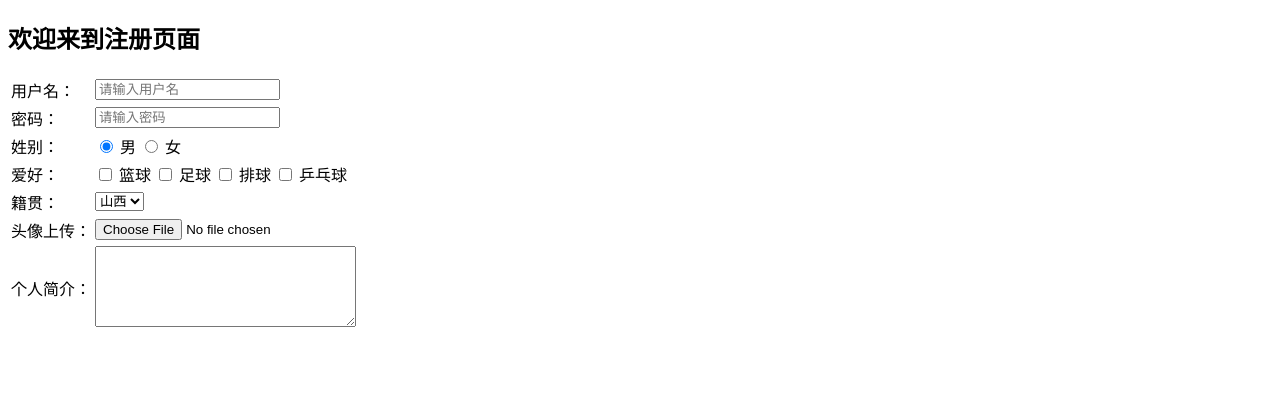
Repository: WKYQAQ/LX
Page: day02_form.html
An editor plug-in stored every save of this project. The page is shown before and after the next save, followed by the edit.
The browser window is 1280 px wide. The pictures show the whole page.

Above is the page before, as saved 2020-07-22 12:05:39.

After the next save:
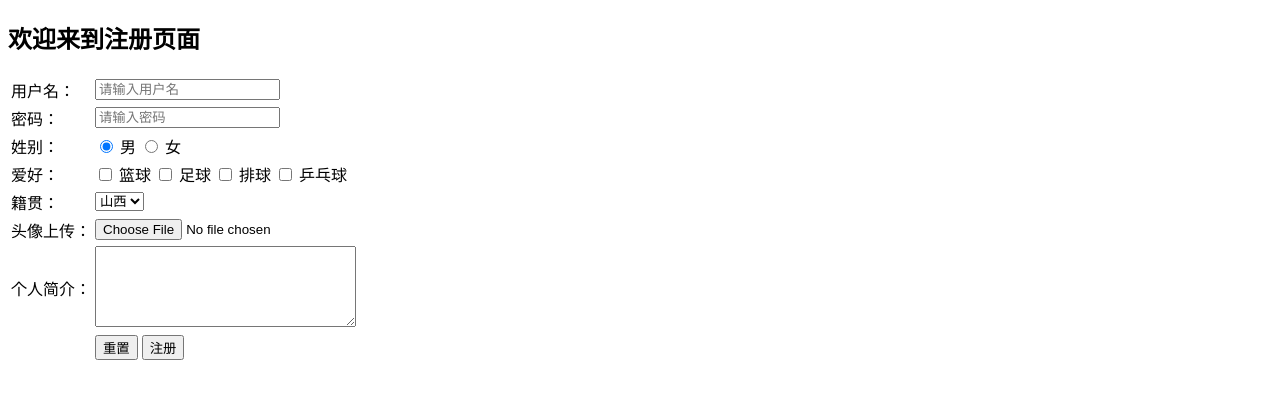
Saved 2 min 26 s later.
--- a/day02_form.html
+++ b/day02_form.html
@@ -55,6 +55,12 @@
                     <textarea cols="30" rows="5"></textarea>
                 </td>
             </tr>
+            <tr>
+                <td></td>
+                <td>
+                    <input type="reset" value="重置"/>
+                    <input type="submit" value="注册"/></td>
+            </tr>
         </table>
     </form>
 </body>
